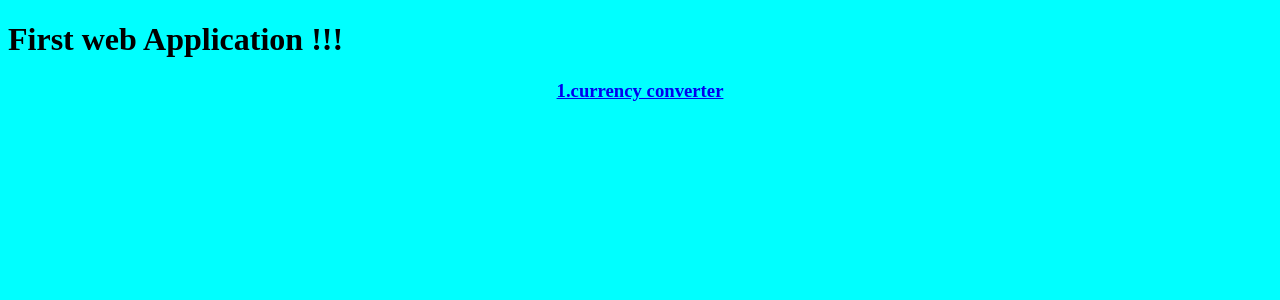
Repository: AJEET006/AdvanceJava-DSA
Page: ADVANCE_JAVA/FirstWebApp/WebContent/First.html
An editor plug-in stored every save of this project. The page is shown before and after the next save, followed by the edit.
The browser window is 1280 px wide. The pictures show the whole page.

Above is the page before, as saved 2022-06-21 14:46:06.

After the next save:
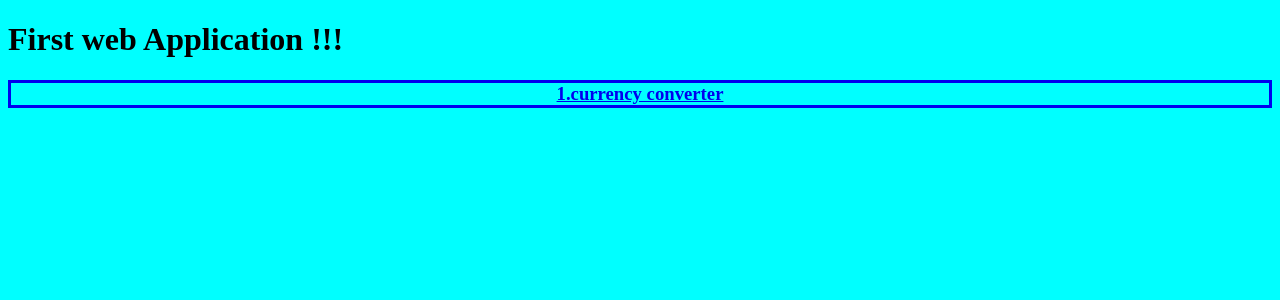
Saved 88 s later.
--- a/ADVANCE_JAVA/FirstWebApp/WebContent/First.html
+++ b/ADVANCE_JAVA/FirstWebApp/WebContent/First.html
@@ -7,7 +7,7 @@
 <body style="background-color: aqua; ">
 	<h1>First web Application !!!</h1>
 	<center>
-	<a href="changecurrency.html"><h3 style="border-color: orange;">1.currency converter</h3></a>
+	<a href="changecurrency.html"><h3 style="border: solid;">1.currency converter</h3></a>
 	</center>
 </body>
 </html>

After the save that followed:
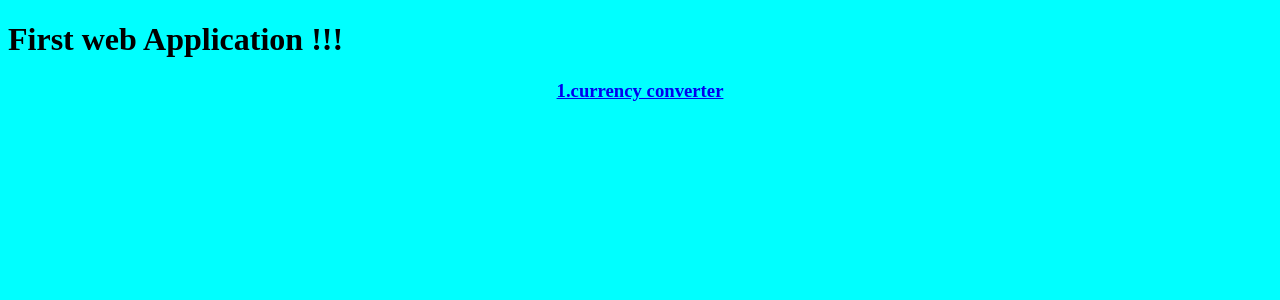
Saved 69 s later.
--- a/ADVANCE_JAVA/FirstWebApp/WebContent/First.html
+++ b/ADVANCE_JAVA/FirstWebApp/WebContent/First.html
@@ -7,7 +7,7 @@
 <body style="background-color: aqua; ">
 	<h1>First web Application !!!</h1>
 	<center>
-	<a href="changecurrency.html"><h3 style="border: solid;">1.currency converter</h3></a>
+	<a href="changecurrency.html"><h3 style="border-width: medium;">1.currency converter</h3></a>
 	</center>
 </body>
 </html>
